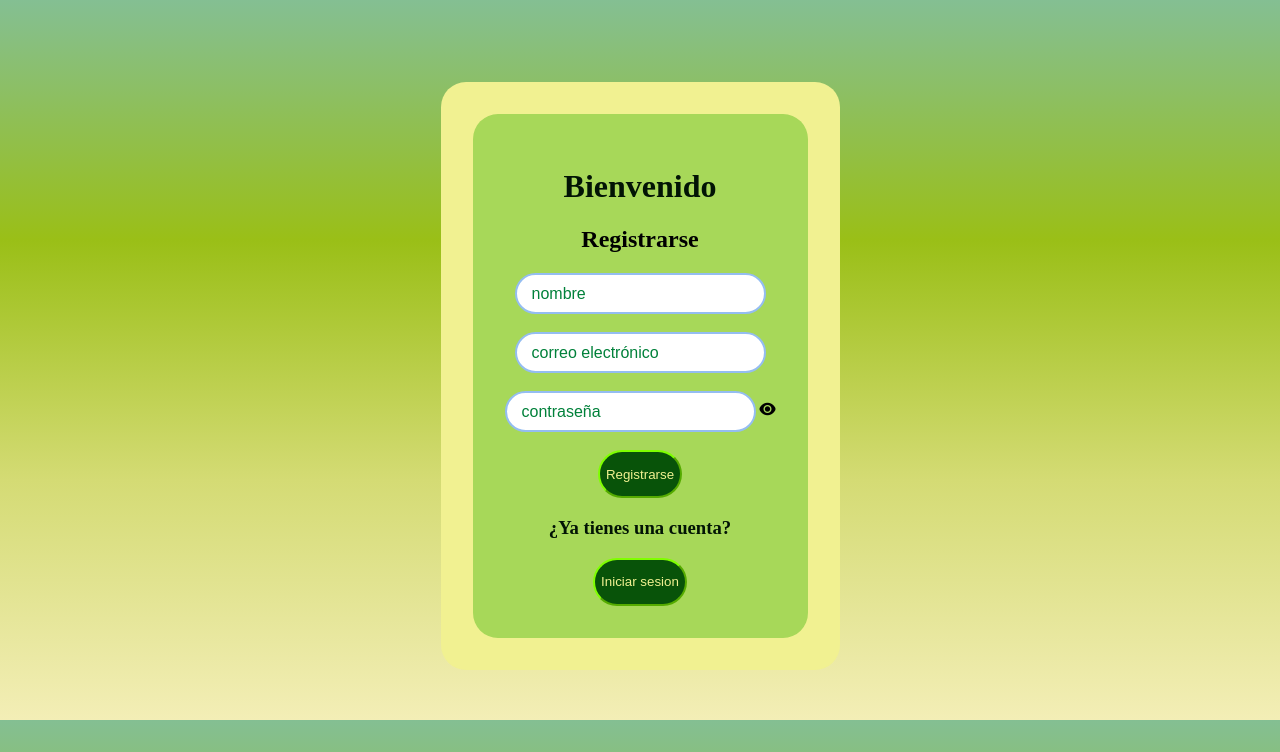
Repository: carrascokarencb37-afk/Nuura
Page: html/registrarse.html
An editor plug-in stored every save of this project. The page is shown before and after the next save, followed by the edit.
The browser window is 1280 px wide. The pictures show the whole page.
Backgrounds fixed to the window are drawn as part of the page. Some web libraries are served in a nearby version.

Above is the page before, as saved 2026-05-28 22:54:01.

### html/registrarse.html
<!DOCTYPE html>
<html lang="es">
<head>
    <meta charset="UTF-8">
    <meta name="viewport" content="width=device-width, initial-scale=1.0">

    <title>Nuura - Registrarse</title>

    <link rel="stylesheet" href="../css/style.css">
    <link rel="icon" href="../img/Nuura.png" type="png">

        <script src="../js/script.js" defer></script>

</head>
    <body>
        <div class="borde">
            <div class="cont">
                <h1>Bienvenido</h1>
                <h2>Registrarse</h2>

        <form action="../php/guardar.php" method="POST">
                <input type="text" name="nombre" placeholder="nombre" id="nombre">
                <br><br>
                <input type="email" name="correo" id="correo" placeholder="correo electrónico">
                <br><br>
            <div class="contra">
                <input type="password" name="contra" id="contra" placeholder="contraseña">
                <span onclick="mostrarContra()" class="ojo">
                    <i
                        class="fi fi-sr-eye">
                    </i>
                </span>
                <br><br>
            </div>

                <button type="submit" class="chapito">Registrarse</button>

        </form>
                <h3>¿Ya tienes una cuenta?</h3>

                <a href="iniciarsesion.html"><button class="chapito">Iniciar sesion</button></a>

            </div>
        </div>

    </body>
</html>

### css/style.css
@import url('https://cdn-uicons.flaticon.com/4.0.0/uicons-solid-rounded/css/uicons-solid-rounded.css');

/*Importar fuente chewy*/
@font-face {
    font-family: 'chewy';
    src: url(../fonts/Chewy-Regular.ttf) format('truetype');
    font-weight: normal;
    font-style: normal;
}


body {
    background-image: linear-gradient(to top, #f3eeb6, #d4db74, #9abf17, #84bf93);
    background-size: cover;
    background-attachment: fixed;
    min-height: 100vh;
    margin: 0;

    justify-content: center;
    text-align: center;
    padding: 1rem;
    display: flex;
    align-items: center;
    justify-content: center;
}

.titulo {
    font-family: Arial, Helvetica, sans-serif;
}

.boton {
    text-decoration: none;
}

/*Aqui empieza el estilo de INICIAR SESION.html*/
.cont{
    border-radius: 25px;
    background-color: #a7d859;
    padding: 2rem;
    min-width: 70%;

}
.cont h1{
    color: rgb(2, 20, 5);
    font-family:cursive;
}
.cont h3{
    color:rgb(2, 20, 5);
    font-family:cursive;
}

.borde{
    background-color: #F1F191;
    border-radius:25px;
    padding: 2rem;
}

/*registros*/
.cont input{
    border-radius:30px;
    height: 2rem;
    width: 15rem;
    border-color: rgb(148, 189, 241);
}
.cont ::placeholder{
    color: rgb(0, 129, 58);
}

input{
    color: #004d00;
    max-width: 230px;
    min-height: 35px;

    border-radius: 20px;
    border: 2px solid #4c74ff;

    padding-left: 15px;

    color: #145214;

    font-size: 16px;

    outline: none;
}

/*ojito password*/
.fi fi-sr-eye{
    position: absolute;
    right: 15px;
    top: 8px;
    transform: translateY(-50%);
    cursor: pointer;
}

/*botones*/
.chapito{
    border-radius: 25px;
    background-color:rgb(78, 167, 42) ;
    border-color: chartreuse;
    height: 2rem;
    color: #F1F191;
    transition: 1s;
    background-color: rgb(8, 83, 9);
    height: 3rem;
    cursor: pointer;
}
.chapito:hover{
    background-color:rgb(148, 189, 241);
    color: blue;
    border-color: blue;
    transition: 1s;
    transform: scale(1.05);
}

/* Móviles medianos (480px - 768px) */
@media (min-width: 481px) and (max-width: 768px) {
    body {
        padding: 1rem;
    }

    .borde {
        max-width: 500px;
    }

    .cont {
        max-width: 400px;
    }

    .cont input {
        max-width: 260px;
    }

    input {
        max-width: 260px;
    }

    .contra {
        max-width: 260px;
    }
}

/* Móviles en horizontal y tablets pequeñas */
@media (max-width: 768px) {
    .chapito:hover {
        transform: none; /* Evita problemas de hover en táctil */
    }
}

/* Ajuste para pantallas muy pequeñas (menos de 360px) */
@media (max-width: 360px) {
    .cont {
        padding: 1rem;
    }

    .chapito {
        width: 100%;
        max-width: 200px;
        font-size: 0.85rem;
    }

    .cont h1 {
        font-size: 1.4rem;
    }

    .cont h2 {
        font-size: 1.1rem;
    }
}

### js/script.js
//Aqui está el código para mostrar la contraseña en el input de iniciar sesión
function mostrarContra() {
    const input = document.getElementById('contra');
    if (input.type === 'password') {
        input.type = 'text';
    }else {
        input.type = 'password';
    }

}

After the next save:
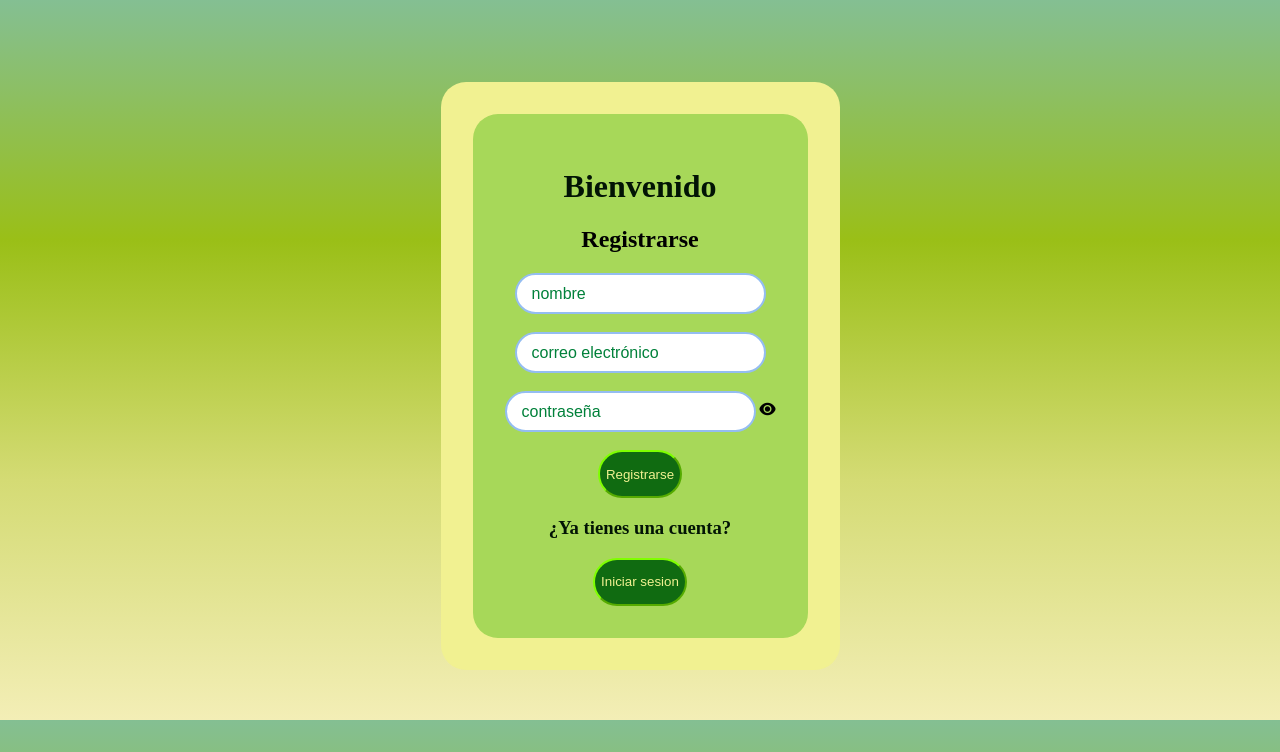
Saved 79 s later.
--- a/css/style.css
+++ b/css/style.css
@@ -100,7 +100,7 @@ input{
     height: 2rem;
     color: #F1F191;
     transition: 1s;
-    background-color: rgb(8, 83, 9);
+    background-color: rgb(16, 107, 17);
     height: 3rem;
     cursor: pointer;
 }
